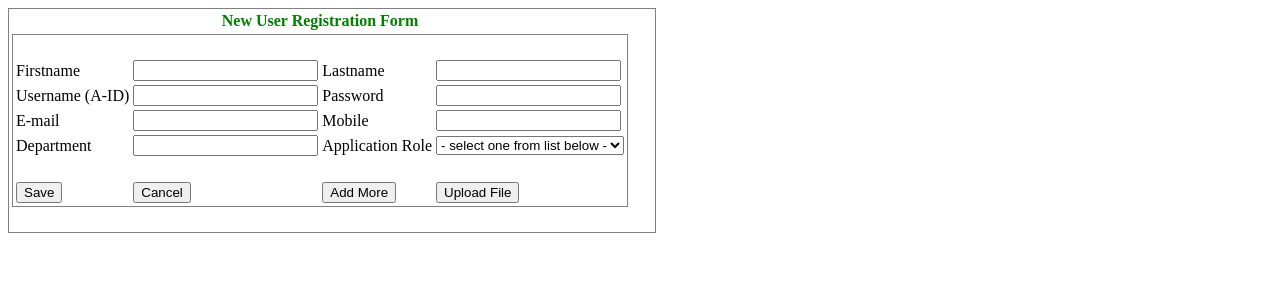
Repository: guribrar/enrolmentapp
Page: http://localhost/enrolmentapp/newuser.jsp
An editor plug-in stored every save of this project. The page is shown before and after the next save, followed by the edit.
The browser window is 1280 px wide. The pictures show the whole page.
The page is served by Tomcat 9. Queries for data that is not in the repository find no rows.

Above is the page before, as saved 2016-12-31 14:01:17.

After the next save:
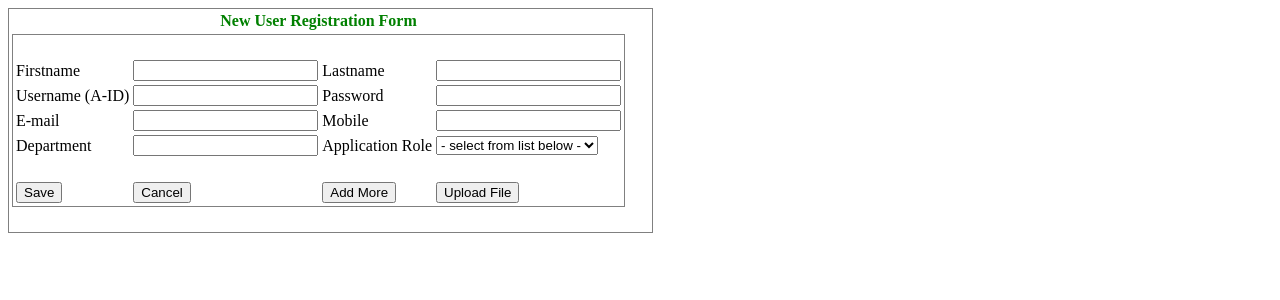
Saved 11 s later.
--- a/enrolmentapp/WebContent/newuser.jsp
+++ b/enrolmentapp/WebContent/newuser.jsp
@@ -53,7 +53,7 @@
 					<td>Application Role</td>
 					<td>
 						<select name="role">
-							<option value="">- select one from list below -</option>
+							<option value="">- select from list below -</option>
 							<c:forEach var="row" items="${rs.rows}">
     							<option value="${row.role}">${row.role}</option>
 							</c:forEach>

After the save that followed:
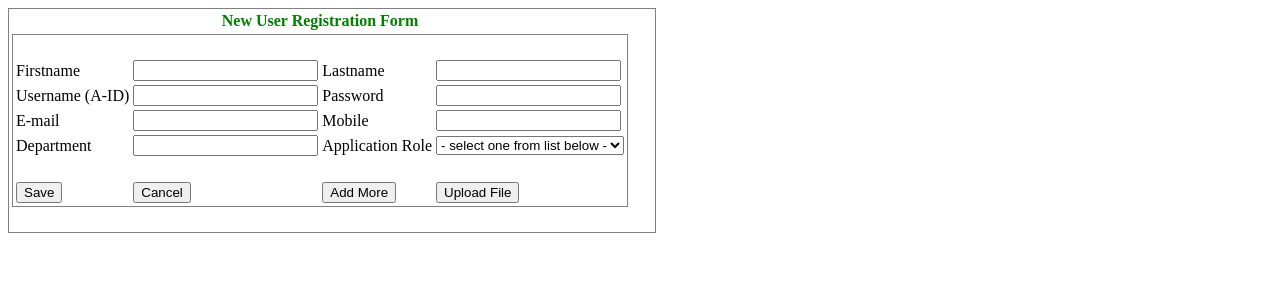
Saved 11 s later.
--- a/enrolmentapp/WebContent/newuser.jsp
+++ b/enrolmentapp/WebContent/newuser.jsp
@@ -53,7 +53,7 @@
 					<td>Application Role</td>
 					<td>
 						<select name="role">
-							<option value="">- select from list below -</option>
+							<option value="">- select one from list below -</option>
 							<c:forEach var="row" items="${rs.rows}">
     							<option value="${row.role}">${row.role}</option>
 							</c:forEach>
